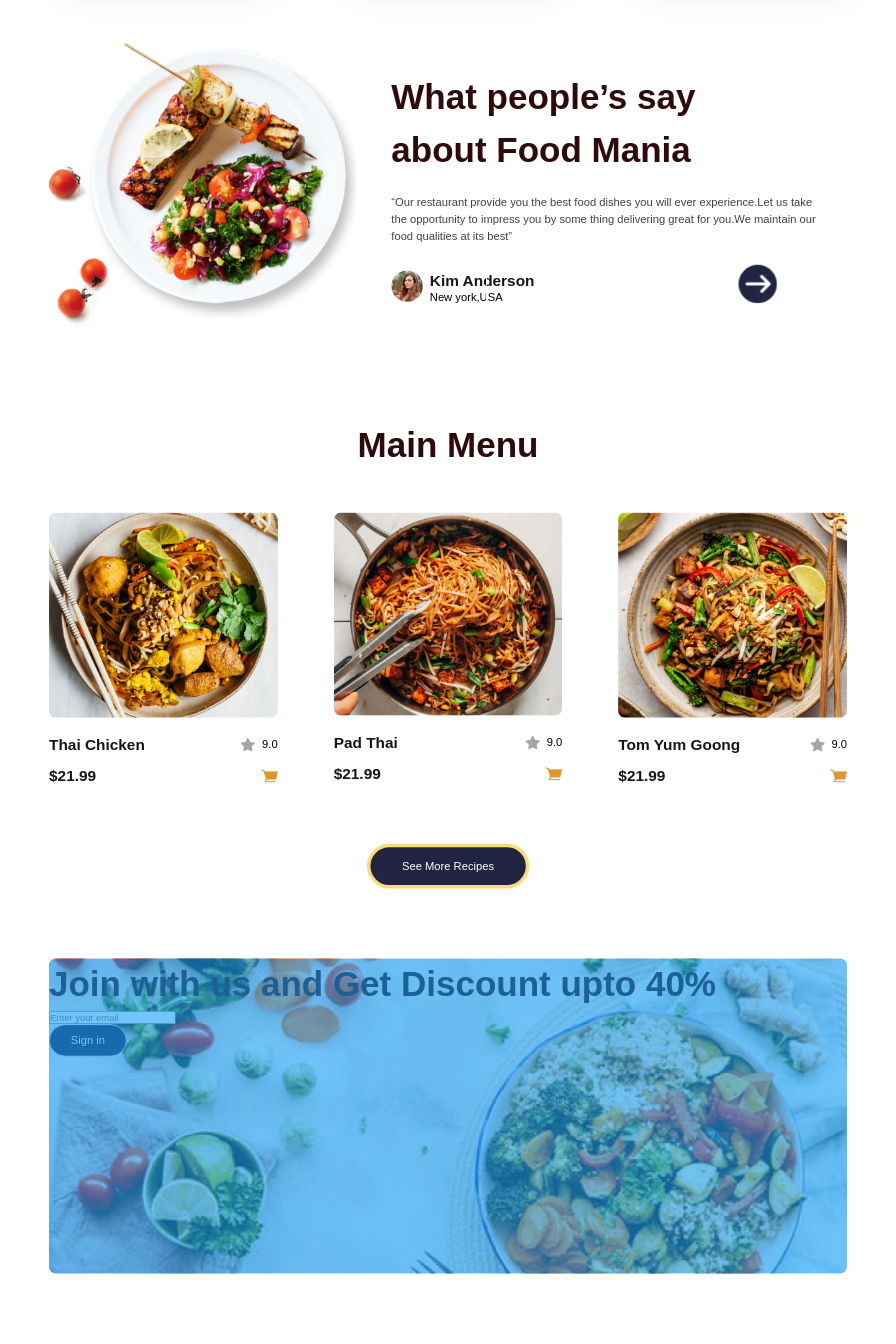
Repository: hoang0508/Figmafood
Page: index.html
The author's editor kept a copy of each file at every save. The page is drawn from the files as they stood at one save, then again after the next save.
The browser window is 1280 px wide. The pictures show the part of the page from y = 1925 to 3845 px (the page is 3845 px tall), at 70% of full size.
Backgrounds fixed to the window are drawn as part of the page. Some web libraries are served in a nearby version. The style sheet was rebuilt from its Sass, Less or Tailwind sources for each picture, by a compiler version that may differ from the author's.

Above is the page before, as saved 2021-11-08 15:31:26.

After the next save:
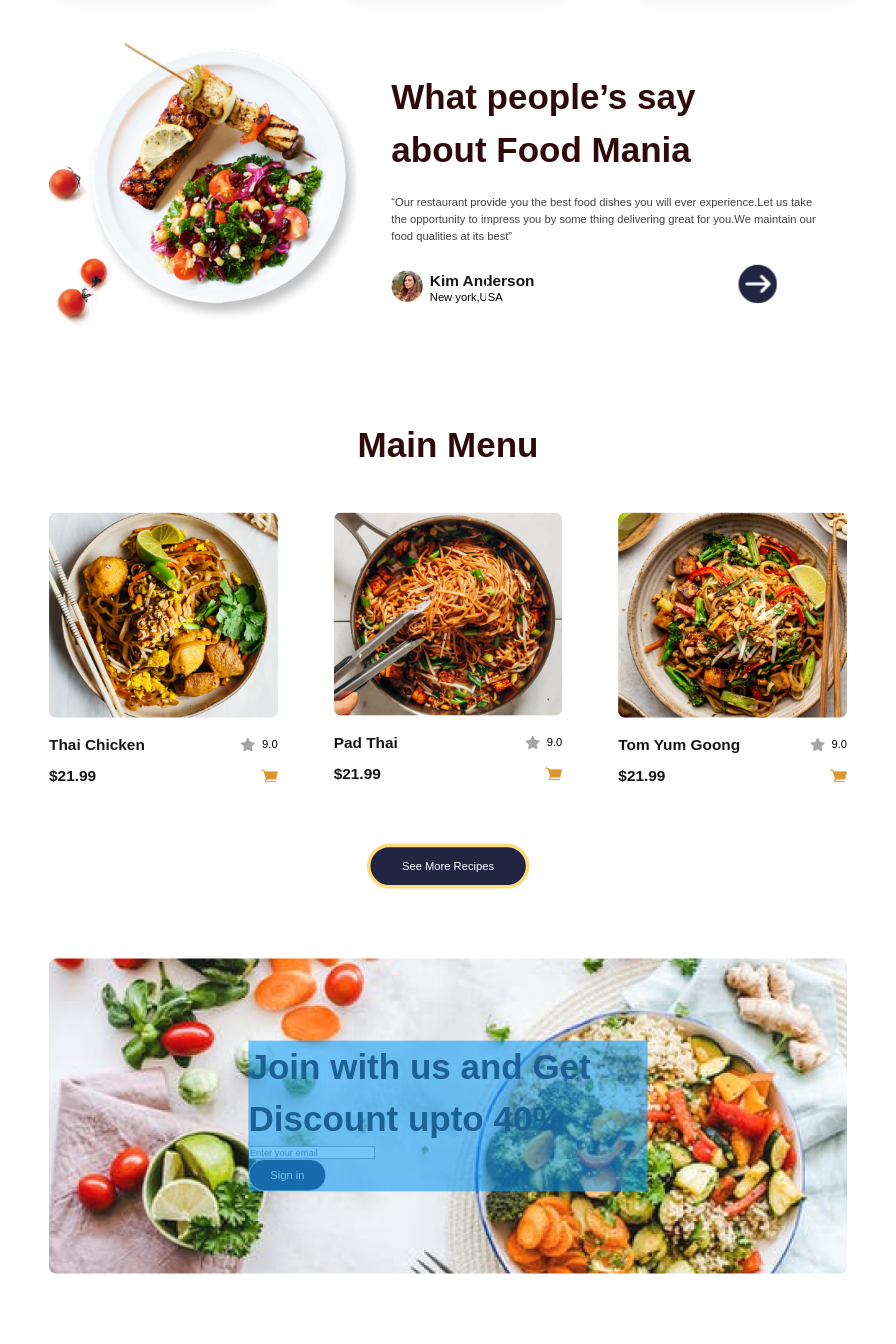
Saved 60 s later.
--- a/sass/_contact.scss
+++ b/sass/_contact.scss
@@ -19,4 +19,10 @@
       z-index: 1;
     }
   }
+  &-content {
+    position: absolute;
+    top: 50%;
+    left: 50%;
+    transform: translate(-50%, -50%);
+  }
 }
